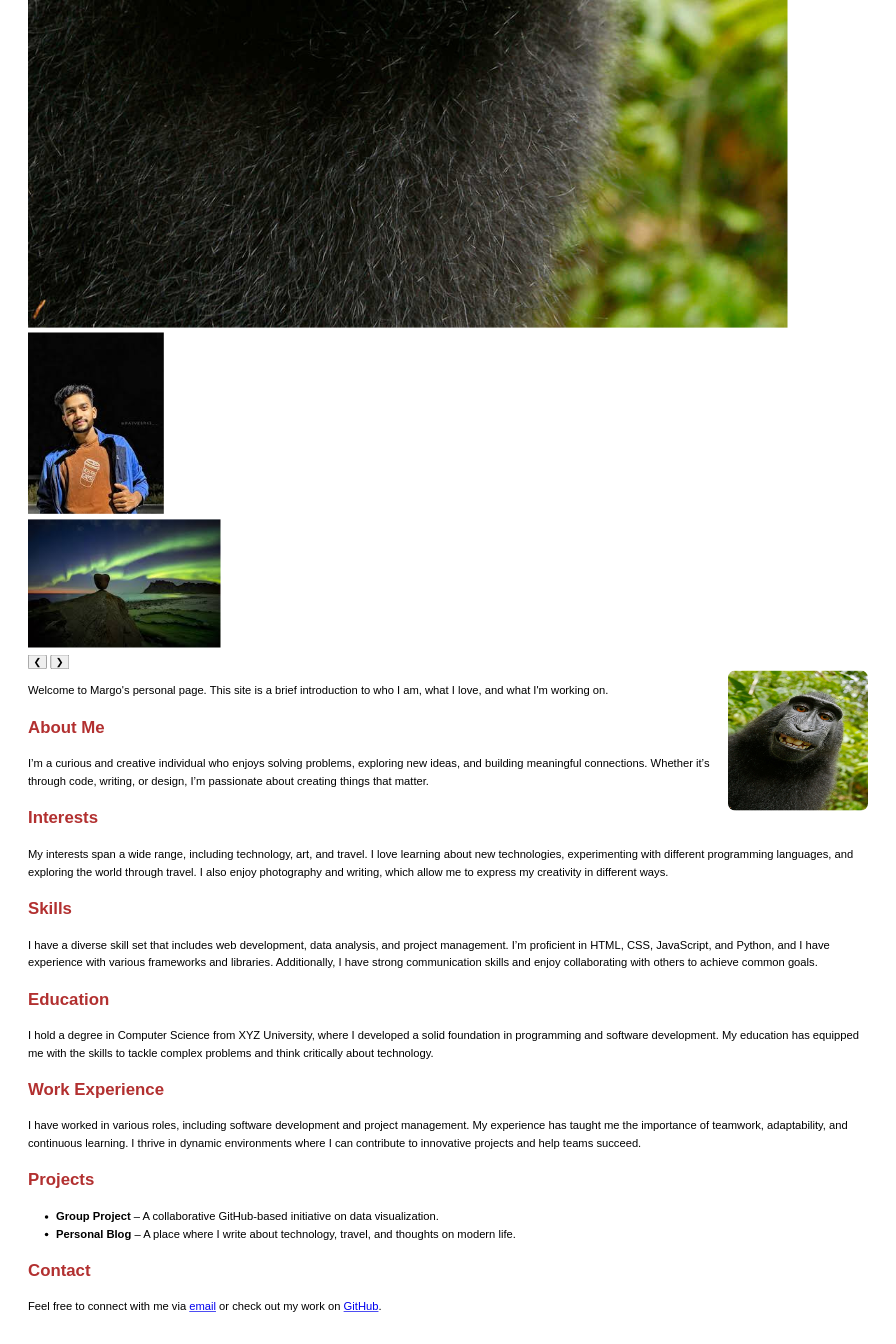
Repository: margo-m-chen/group_project
Page: my_file css.html
The author's editor kept a copy of each file at every save. The page is drawn from the files as they stood at one save, then again after the next save.
The browser window is 1280 px wide. The pictures show the part of the page from y = 1320 to 3240 px (the page is 3240 px tall), at 70% of full size.

Above is the page before, as saved 2025-07-21 10:43:30.

After the next save:
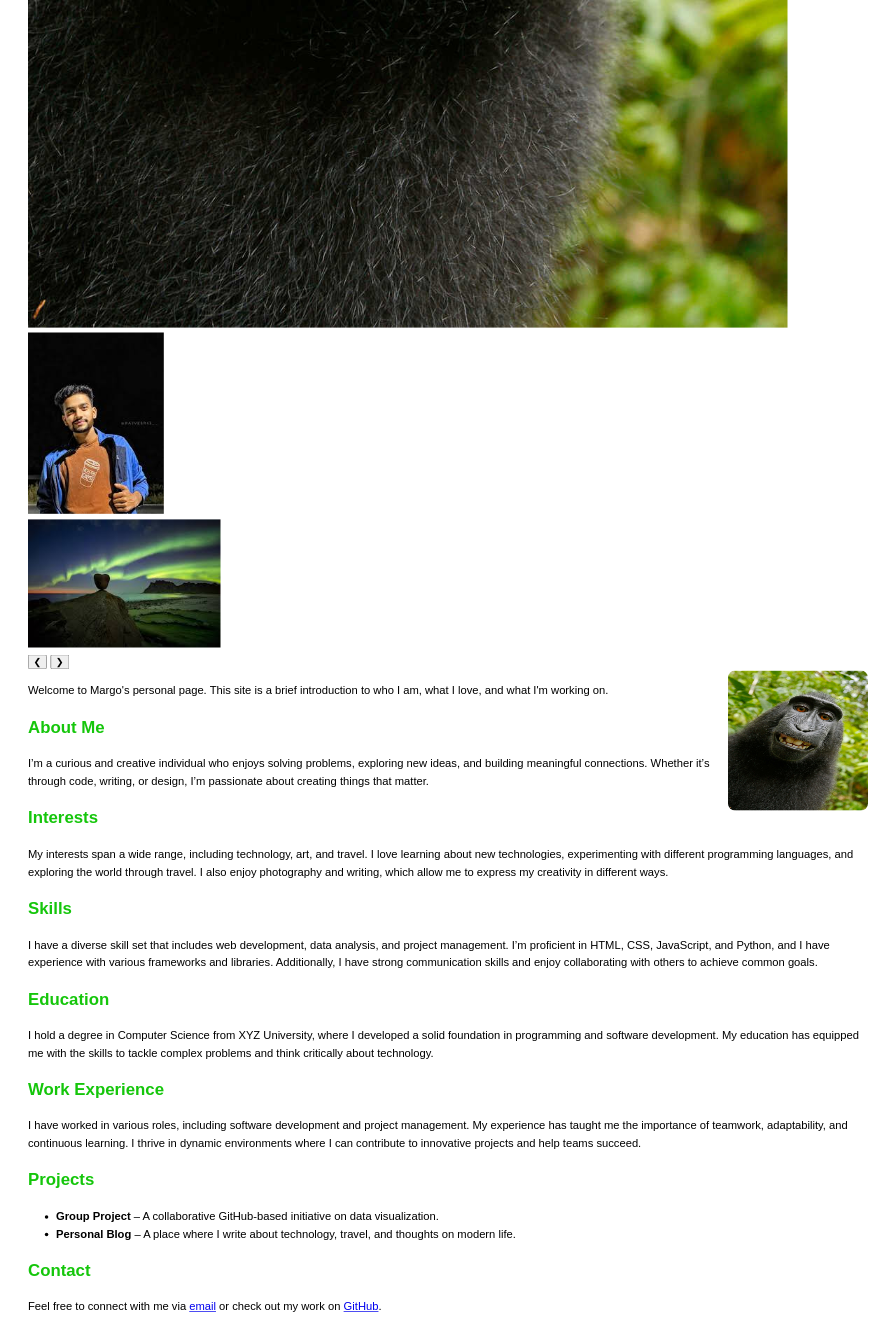
Saved 12 s later.
--- a/style.css
+++ b/style.css
@@ -6,7 +6,7 @@ body {
 }
 
 h2 {
-    color: #b23030;
+    color: #15c60b;
 }
 
 p {
